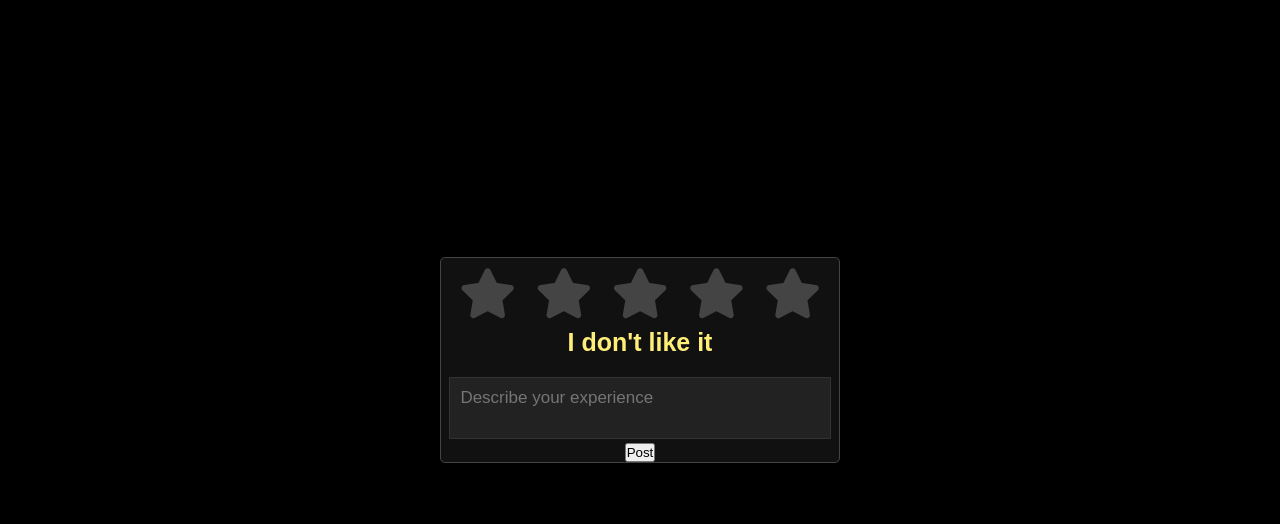
Repository: Suryansh-D/Star-Ratings
Page: index.html
The author's editor kept a copy of each file at every save. The page is drawn from the files as they stood at one save, then again after a run of saves.
The browser window is 1280 px wide. The pictures show the whole page.

Above is the page before, as saved 2024-02-03 10:01:10.

After the next 2 saves:
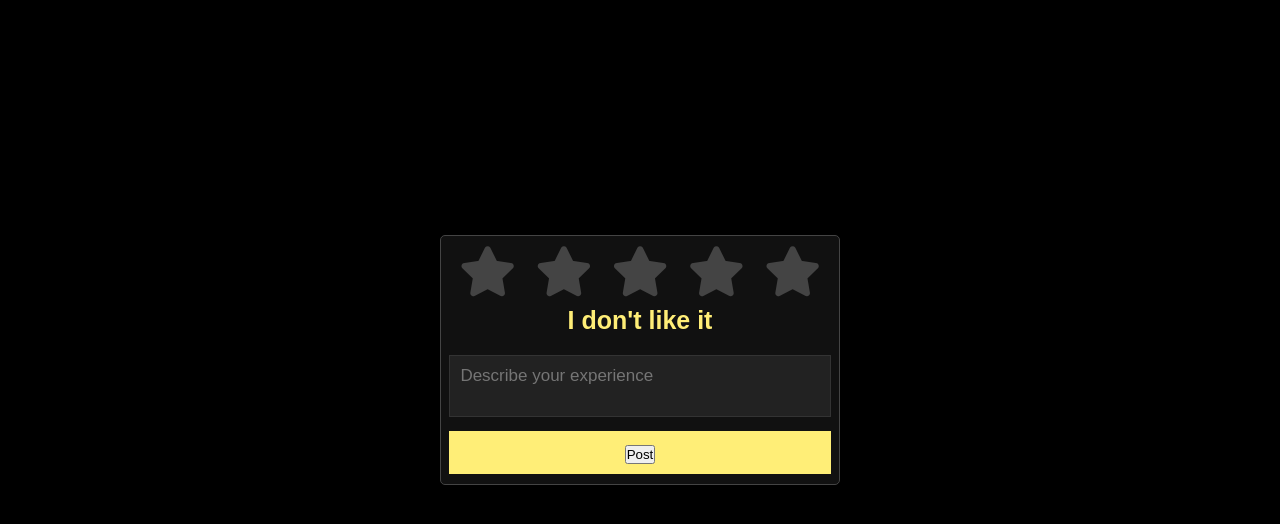
The 2 saves are shown as one change because they came seconds apart.
The last was saved 35 s later.
--- a/style.css
+++ b/style.css
@@ -73,3 +73,14 @@ form .textarea textarea{
     font-size: 17px;
     resize: none;
 }
+form .btn{
+    width: 100%;
+    background: #fe7;
+    border: none;
+    padding: 10px;
+    font-size: 20px;
+    color: #111;
+    cursor: pointer;
+    margin: 10px 0;
+    transition: all 0.2s ease;
+}
